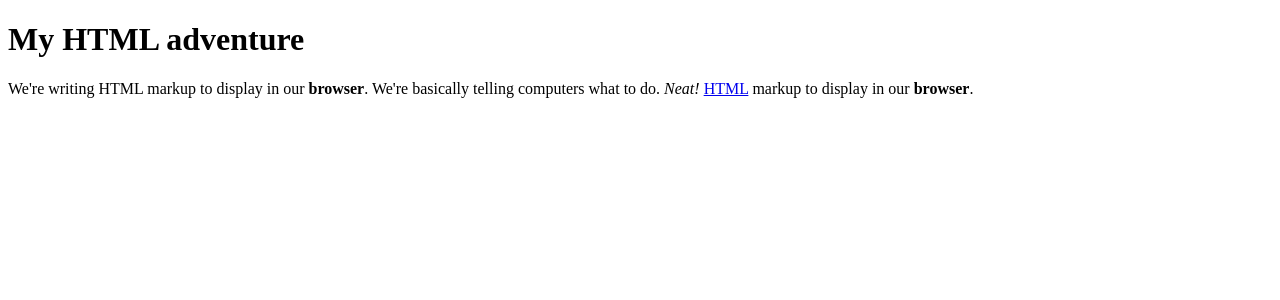
Repository: travinne/travthegr88
Page: development/code/phase-1/phase-0-the-dom-editing-lab/index.html
An editor plug-in stored every save of this project. The page is shown before and after the next save, followed by the edit.
The browser window is 1280 px wide. The pictures show the whole page.

Above is the page before, as saved 2025-03-21 10:38:20.

### development/code/phase-1/phase-0-the-dom-editing-lab/index.html
<!DOCTYPE html>
<html lang="en">
  <head>
    <meta charset="UTF-8" />
    <meta name="viewport" content="width=device-width, initial-scale=1.0" />
    <meta http-equiv="X-UA-Compatible" content="ie=edge" />
    <title>Introduction to the DOM Lab</title>
  </head>
  <body>
    <h1>My HTML adventure</h1>
    <p>
        We're writing HTML markup to display in our <strong>browser</strong>. We're
        basically telling computers what to do. <em>Neat!</em>
        <a href="https://developer.mozilla.org/en-US/docs/Web/HTML">HTML</a> markup to
            display in our <strong>browser</strong>.
      </p>
  </body>
</html>

After the next save:
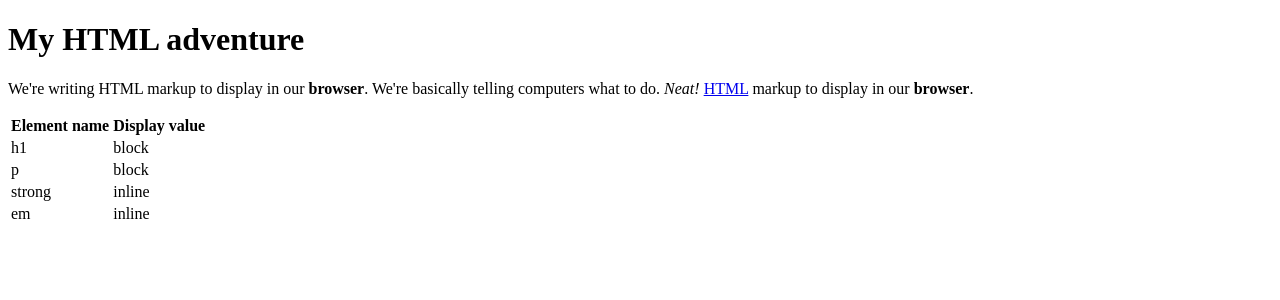
Saved 50 s later.
--- a/development/code/phase-1/phase-0-the-dom-editing-lab/index.html
+++ b/development/code/phase-1/phase-0-the-dom-editing-lab/index.html
@@ -14,5 +14,32 @@
         <a href="https://developer.mozilla.org/en-US/docs/Web/HTML">HTML</a> markup to
             display in our <strong>browser</strong>.
       </p>
+
+      <table>
+        <thead>
+          <tr>
+            <th>Element name</th>
+            <th>Display value</th>
+          </tr>
+        </thead>
+        <tbody>
+          <tr>
+            <td>h1</td>
+            <td>block</td>
+          </tr>
+          <tr>
+            <td>p</td>
+            <td>block</td>
+          </tr>
+          <tr>
+            <td>strong</td>
+            <td>inline</td>
+          </tr>
+          <tr>
+            <td>em</td>
+            <td>inline</td>
+          </tr>
+        </tbody>
+      </table>
   </body>
 </html>
